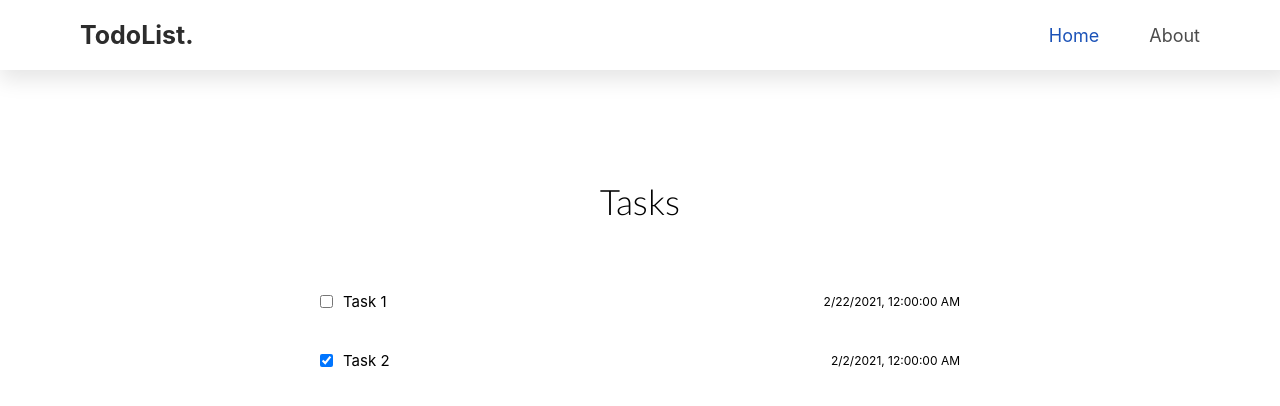
Repository: dqhuy153/react-todoList
Page: /
An editor plug-in stored every save of this project. The page is shown before and after the next save, followed by the edit.
The browser window is 1280 px wide. The pictures show the whole page.
The project was rebuilt for these pictures with package versions that can differ from the ones it lists, and the page was loaded fresh each time. Also part of the build but not shown: src/components/UI/LoadingSpinner.module.scss.

Above is the page before, as saved 2021-09-16 20:46:01.

### src/App.js
import React, { Suspense } from 'react';
import { Switch, Route } from 'react-router-dom';

import './App.css';
import Layout from './components/layout/Layout';
import LoadingSpinner from './components/UI/LoadingSpinner';

const Home = React.lazy(() => import('./components/pages/Home'));
const About = React.lazy(() => import('./components/pages/About'));

function App() {
  return (
    <Layout>
      <Suspense
        fallback={
          <div className="centered">
            <LoadingSpinner />
          </div>
        }
      >
        <Switch>
          <Route path="/" exact>
            <Home />
          </Route>
          <Route path="/about">
            <About />
          </Route>
          {/* <Route path="/products" exact>
          <Products />
        </Route>
        <Route path="/products/:productId">
          <ProductDetail />
        </Route> */}
        </Switch>
      </Suspense>
    </Layout>
  );
}

export default App;

### src/App.css
@import url('https://fonts.googleapis.com/css2?family=Lato:ital,wght@0,100;0,300;0,400;0,700;0,900;1,100;1,300;1,400;1,700;1,900&display=swap');

* {
  box-sizing: border-box;
  font-size: 62.5%;
  padding: 0;
  margin: 0;
}

.centered {
  margin: 3rem auto;
  text-align: center;
  display: flex;
  justify-content: center;
  align-items: center;
}

### src/components/layout/Layout.js
import React, { Fragment } from 'react';
import AppNavigation from './AppNavigation';

import styles from './Layout.module.scss';

export default function Layout(props) {
  return (
    <Fragment>
      <AppNavigation logoTitle="TodoList." />
      <main className={styles.main}>{props.children}</main>
    </Fragment>
  );
}

### src/components/UI/LoadingSpinner.js
import styles from './LoadingSpinner.module.scss';

const LoadingSpinner = () => {
  return <div className={styles.spinner}></div>;
};

export default LoadingSpinner;

### src/components/pages/Home.js
import TodoList from '../todos/TodoList';

import styles from './Home.module.scss';

const todoList = [
  {
    id: 1,
    title: 'Task 1',
    date: new Date('2/22/2021'),
    completed: false,
  },
  {
    id: 2,
    title: 'Task 2',
    date: new Date('2/2/2021'),
    completed: true,
  },
];

export default function Home(props) {
  const handleStatusChange = (id) => {
    const todoIndex = todoList.findIndex((i) => i.id === id);
    todoList[todoIndex].status = !todoList[todoIndex].status;
  };

  return (
    <div className={styles.container}>
      <h1>Tasks</h1>
      <TodoList items={todoList} onStatusChange={handleStatusChange} />
    </div>
  );
}

### src/components/layout/AppNavigation.js
import React from 'react';
import { NavLink } from 'react-router-dom';

import styles from './AppNavigation.module.scss';

export default function AppNavigation({ logoTitle = 'Demo.', ...props }) {
  return (
    <header className={styles.header}>
      <div className={styles.logo}>{logoTitle}</div>
      <nav>
        <ul>
          <li>
            <NavLink to="/" exact activeClassName={styles.active}>
              Home
            </NavLink>
          </li>
          <li>
            <NavLink to="/about" activeClassName={styles.active}>
              About
            </NavLink>
          </li>
        </ul>
      </nav>
    </header>
  );
}

### src/components/todos/TodoList.js
import React from 'react';
import TodoItem from './TodoItem';

import styles from './TodoList.module.scss';

export default function TodoList({ items, onStatusChange, ...props }) {
  return (
    <ul className={styles.container}>
      {items.map((item) => (
        <li key={item.id}>
          <TodoItem
            id={item.id}
            title={item.title}
            date={item.date}
            status={item.completed}
            onStatusChange={onStatusChange}
          />
        </li>
      ))}
    </ul>
  );
}

### src/components/pages/Home.module.scss
.container {
  padding: 18rem 0;

  h1 {
    text-align: center;
    font-family: 'Lato', sans-serif;
    font-weight: 300;
    font-size: 3.5rem;
  }
}

### src/components/layout/AppNavigation.module.scss
.header {
  width: 100%;
  height: 7rem;
  display: flex;
  align-items: center;
  justify-content: space-between;
  background-color: #ffffff;
  padding: 0 8rem;
  box-shadow: 5px 5px 20px 5px rgba(0, 0, 0, 0.1);
  position: fixed;
}

.logo {
  font-size: 2.5rem;
  color: rgb(44, 44, 44);
  font-weight: bold;
}

.header ul {
  list-style: none;
  margin: 0;
  padding: 0;
  display: flex;
  align-items: baseline;
}

.header li {
  margin-left: 5rem;
}

.header a {
  text-decoration: none;
  font-size: 1.8rem;
  color: #4b4b4b;
}

.header a:hover,
.header a:active,
.header a.active {
  color: rgb(28, 83, 184);
}

### src/components/todos/TodoItem.js
import React, { useState } from 'react';

import styles from './TodoItem.module.scss';

export default function TodoItem({
  id,
  title,
  date,
  status,
  onStatusChange,
  ...props
}) {
  const [checked, setChecked] = useState(status);

  const handleChange = (e) => {
    setChecked(e.target.checked);
    onStatusChange(id);
  };

  return (
    <div className={styles.container}>
      <div className={styles.task}>
        <input type="checkbox" checked={checked} onChange={handleChange} />
        <p>{title}</p>
      </div>
      <p className={styles.date}>{date.toLocaleString()}</p>
    </div>
  );
}

### src/components/todos/TodoList.module.scss
.container {
  text-align: center;
  width: 50%;
  margin: 5rem auto;
  list-style: none;
}

### src/components/todos/TodoItem.module.scss
.container {
  display: flex;
  align-items: center;
  justify-content: space-between;
  padding: 2rem 0;
}

.task {
  display: flex;
  align-items: center;

  p {
    margin-left: 1rem;
    font-size: 1.5rem;
  }
}

.date {
  font-size: 1.2rem;
}

Loaded but not shown: public/index.html (common file); src/index.js (common file); src/index.css (common file); src/reportWebVitals.js (common file); src/components/layout/Layout.module.scss (no stored copy; drawn as an empty file)

After the next save:
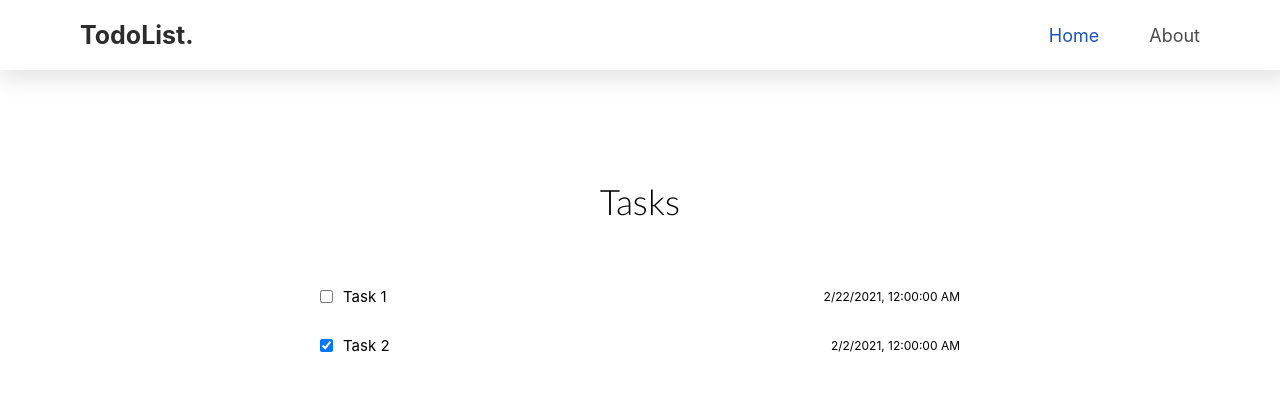
Saved 5 s later.
--- a/src/components/todos/TodoItem.module.scss
+++ b/src/components/todos/TodoItem.module.scss
@@ -2,7 +2,7 @@
   display: flex;
   align-items: center;
   justify-content: space-between;
-  padding: 2rem 0;
+  padding: 1.5rem 0;
 }
 
 .task {

After the save that followed:
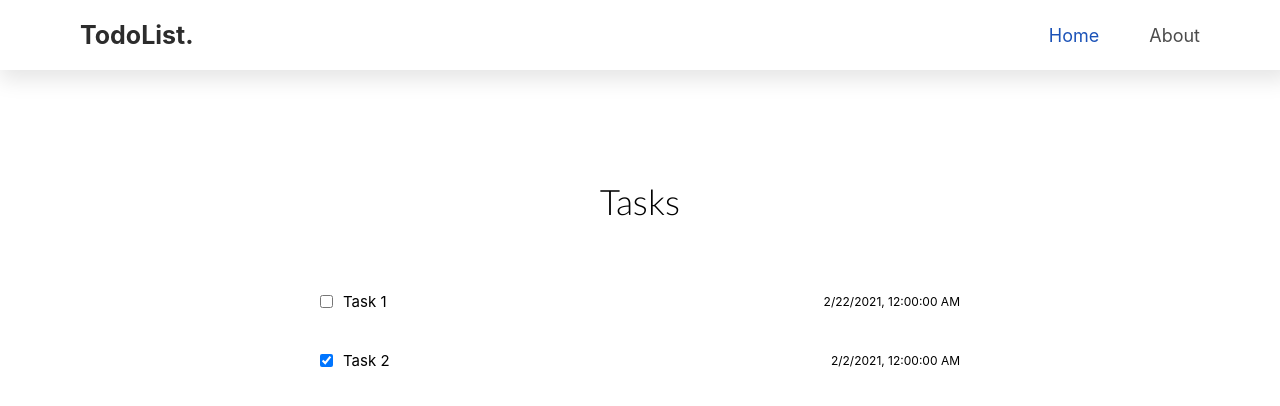
Saved 12 s later.
--- a/src/components/todos/TodoItem.module.scss
+++ b/src/components/todos/TodoItem.module.scss
@@ -2,7 +2,7 @@
   display: flex;
   align-items: center;
   justify-content: space-between;
-  padding: 1.5rem 0;
+  padding: 2rem 0;
 }
 
 .task {
